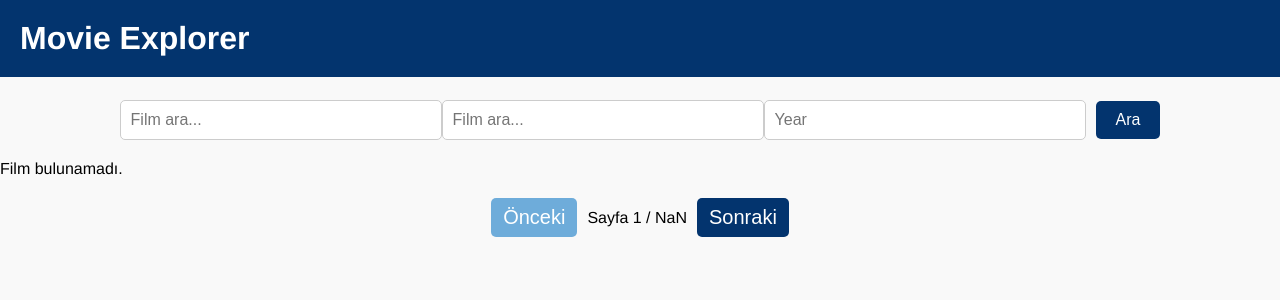
Repository: denizdizi/movie-explorer
Page: /
These files come from the project's save history. The page is drawn as it stood at one moment and after the next save; the edit follows.
The browser window is 1280 px wide. The pictures show the whole page.
The page's requests for data from a server got no answer. The project was rebuilt for these pictures with package versions that can differ from the ones it lists, and the page was loaded fresh each time. No one was signed in, and anything a server would have sent is missing. Also part of the build but not shown: src/App.css, src/components/MovieCard.js.

Above is the page before, as saved 2025-03-28 22:34:39.

After the next save:
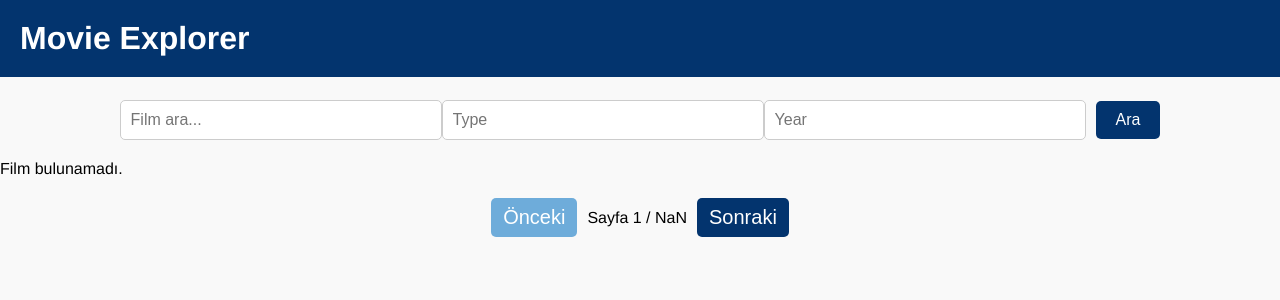
Saved 17 s later.
--- a/src/components/SearchBar.js
+++ b/src/components/SearchBar.js
@@ -25,7 +25,7 @@ const SearchBar = () => {
         <div className="col-lg-3 align-left">
         <input
           type="text"
-          placeholder="Film ara..."
+          placeholder="Type"
           className="search-input"
         />
         </div>
